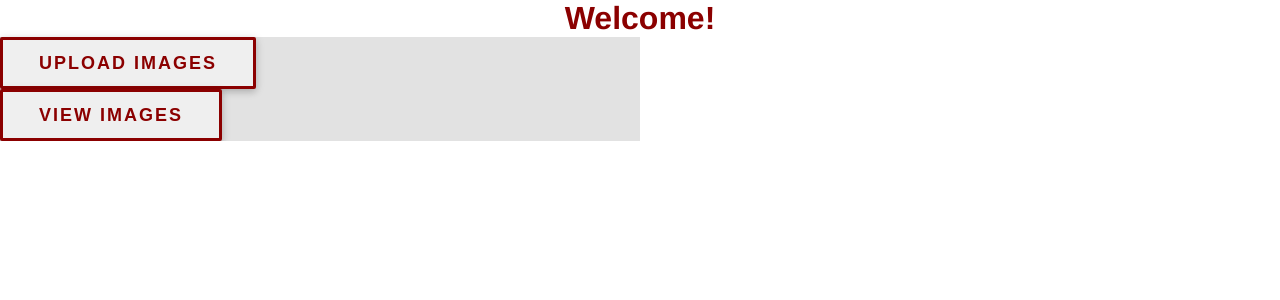
Repository: EricRobertCampbell/palaeo-fossil-classifier
Page: /dashboard (app in palaeo-fossil-classifier/)
An editor plug-in stored every save of this project. The page is shown before and after the next save, followed by the edit.
The browser window is 1280 px wide. The pictures show the whole page.
Some web libraries are served in a nearby version. The project was rebuilt for these pictures with package versions that can differ from the ones it lists, and the page was loaded fresh each time. The framework's server and built-in components were replaced by stand-ins that run in the browser. Also part of the build but not shown: palaeo-fossil-classifier/next.config.ts, palaeo-fossil-classifier/app/admin.tsx, palaeo-fossil-classifier/app/classify.tsx.

Above is the page before, as saved 2024-11-30 15:03:10.

### palaeo-fossil-classifier/app/dashboard/page.tsx
"use client";
import React from "react";
import styles from "./page.module.css";
import { useState } from "react";
import Admin from "../admin";
import Classify from "../classify";

export default function dashboard() {
  const [component1, setComponent1] = useState(false);
  const [component2, setComponent2] = useState(false);

  const handleAdmin = () => {
    setComponent1(true);
    setComponent2(false);
  };
  const handleClasify = () => {
    setComponent2(true);
    setComponent1(false);
  };

  return (
    <div className={styles.grid}>
      <h1 className={styles.center}>Welcome!</h1>
      <div className={styles.area}>
        <nav className={styles.left}>
          <ul>
            <li className="">
              <button
                className={styles.button}
                onClick={() => {
                  handleAdmin();
                }}
              >
                <span className="nav-text">Upload Images</span>
              </button>
            </li>
            <li className="">
              <button
                className={styles.button}
                onClick={() => {
                  handleClasify();
                }}
              >
                <span className="nav-text">View Images</span>
              </button>
            </li>
          </ul>
        </nav>
      </div>
      <div className={styles.comp}>
        <div className={styles.component}>{component1 ? <Admin /> : <></>}</div>
        <div className={styles.component}>
          {component2 ? <Classify /> : <></>}
        </div>
      </div>
    </div>
  );
}

### palaeo-fossil-classifier/app/globals.css
:root {
  --background: #ffffff;
  --foreground: #171717;
}

@media (prefers-color-scheme: dark) {
  :root {
    --background: #0a0a0a;
    --foreground: #ededed;
  }
}

html,
body {
  max-width: 100vw;
  overflow-x: hidden;
}

body {
  color: var(--foreground);
  background: var(--background);
  font-family: Helvetica;
  -webkit-font-smoothing: antialiased;
  -moz-osx-font-smoothing: grayscale;
}

* {
  box-sizing: border-box;
  padding: 0;
  margin: 0;
}

a {
  color: inherit;
  text-decoration: none;
}

@media (prefers-color-scheme: dark) {
  html {
    color-scheme: dark;
  }
}

### palaeo-fossil-classifier/app/dashboard/page.module.css
@import url(//netdna.bootstrapcdn.com/font-awesome/4.0.3/css/font-awesome.css);

@import url(https://fonts.googleapis.com/css?family=Titillium+Web:300);



.center{
    text-align: center;
    color:#8b0000;
}

.area {
background: #e2e2e2;
width: 50%;
float: left;
}

.comp {
    width: 50%;
    float: left;
}

.button {
    font-size: 18px;
    letter-spacing: 2px;
    text-transform: uppercase;
    display: inline-block;
    text-align: center;
    font-weight: bold;
    padding: 0.7em 2em;
    border: 3px solid #8b0000;
    border-radius: 2px;
    position: relative;
    box-shadow: 0 2px 10px rgba(0, 0, 0, 0.16), 0 3px 6px rgba(0, 0, 0, 0.1);
    color: #8b0000;
    text-decoration: none;
    transition: 0.3s ease all;
    z-index: 1;
  }

  .button:before {
    transition: 0.5s all ease;
    position: absolute;
    top: 0;
    left: 50%;
    right: 50%;
    bottom: 0;
    opacity: 0;
    content: '';
    background-color: #8b0000;
    z-index: -1;
  }

  .button:hover, .button:focus {
    color: white;
  }

  .button:hover:before, .button:focus:before {
    transition: 0.5s all ease;
    left: 0;
    right: 0;
    opacity: 1;
  }

  .left{}

  .right{
float:left;
  }

  .button:active {
    transform: scale(0.9);
  }

Loaded but not shown: palaeo-fossil-classifier/app/layout.tsx (common file)

After the next save:
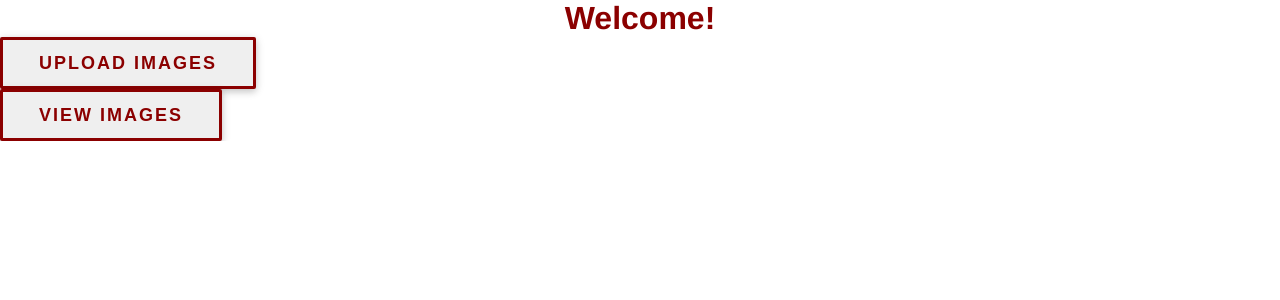
Saved 40 s later.
--- a/palaeo-fossil-classifier/app/dashboard/page.module.css
+++ b/palaeo-fossil-classifier/app/dashboard/page.module.css
@@ -10,7 +10,6 @@
 }
 
 .area {
-background: #e2e2e2;
 width: 50%;
 float: left;
 }
